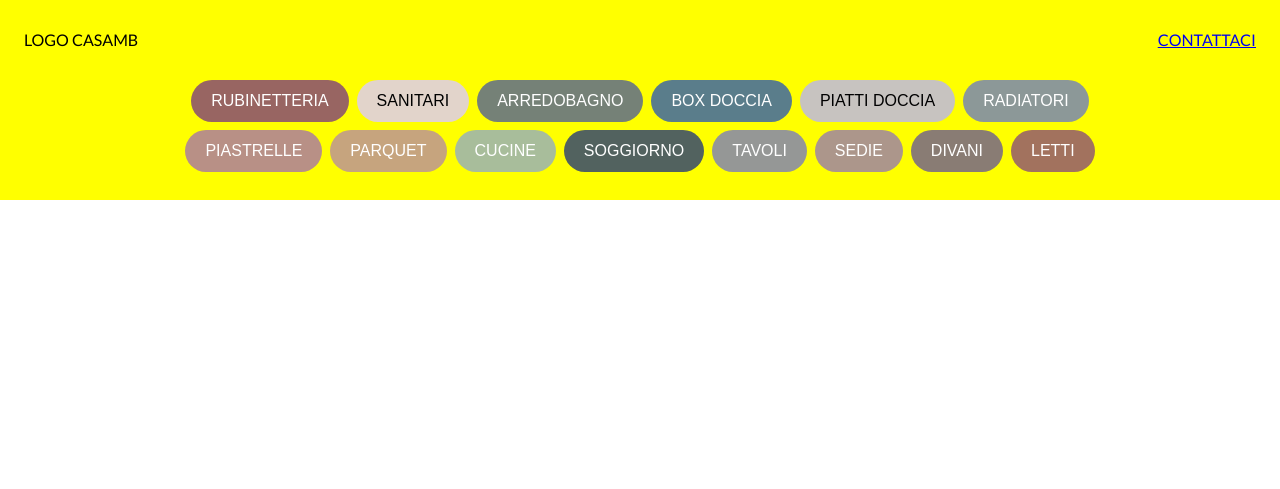
Repository: nicolorz/casamb
Page: /
The author's editor kept a copy of each file at every save. The page is drawn from the files as they stood at one save, then again after the next save.
The browser window is 1280 px wide. The pictures show the whole page.
The project was rebuilt for these pictures with package versions that can differ from the ones it lists, and the page was loaded fresh each time. Also part of the build but not shown: src/index.css, src/App.css.

Above is the page before, as saved 2023-07-19 14:22:41.

After the next save:
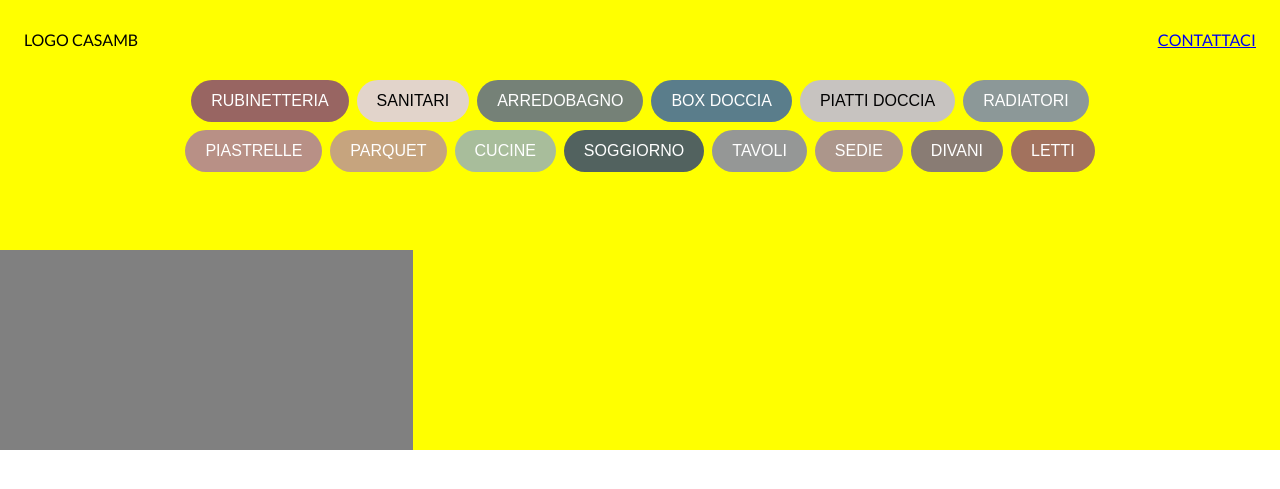
Saved 13 s later.
--- a/src/components/CardWrapper/CardWrapper.css
+++ b/src/components/CardWrapper/CardWrapper.css
@@ -9,6 +9,6 @@
 .card-item {
     width: 100%;
     height: 200px;
-    margin-top: 250px:
+    margin-top: 250px;
     background-color: grey;
 }
